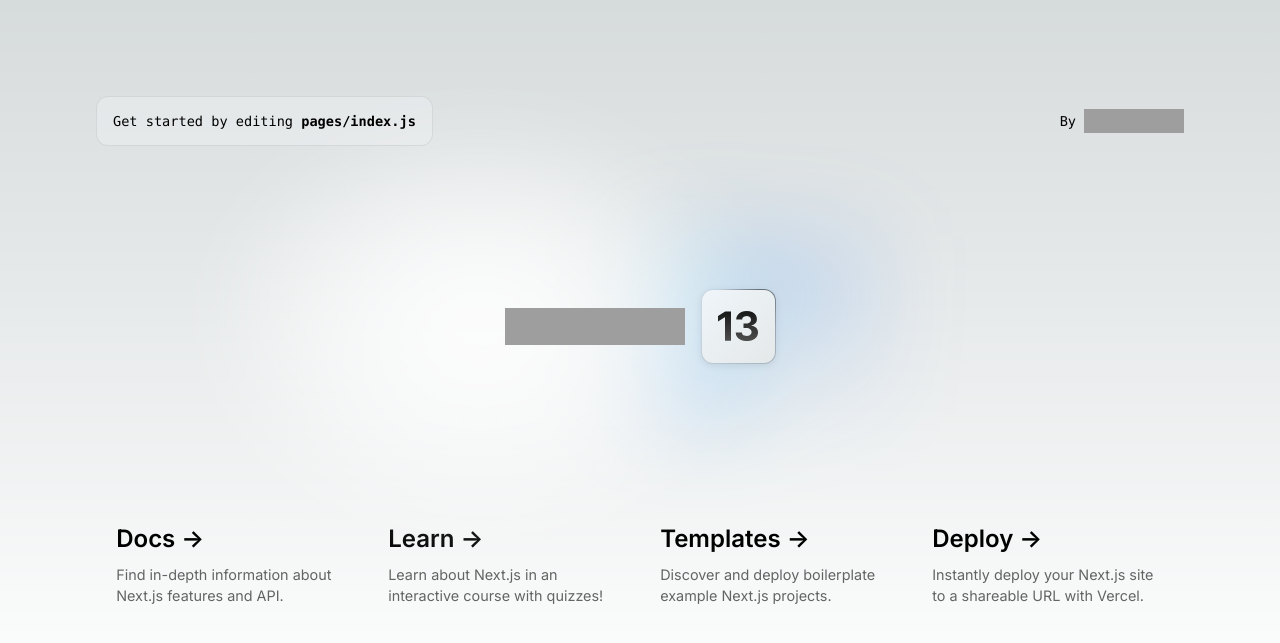
Repository: ajenstory/jencorbett.dev
Page: / (app in app/)
An editor plug-in stored every save of this project. The page is shown before and after the next save, followed by the edit.
The browser window is 1280 px wide. The pictures show the whole page.
Pictures or frames that could not be fetched are drawn as grey boxes. The project was rebuilt for these pictures with package versions that can differ from the ones it lists, and the page was loaded fresh each time. The framework's server and built-in components were replaced by stand-ins that run in the browser. Also part of the build but not shown: app/next.config.js.

Above is the page before, as saved 2023-03-18 17:54:23.

### app/pages/index.js
import Head from 'next/head'
import Image from 'next/image'
import { Inter } from '@next/font/google'
import styles from '../styles/Home.module.css'

const inter = Inter({ subsets: ['latin'] })

export default function Home() {
  return (
    <>
      <Head>
        <title>Create Next App</title>
        <meta name="description" content="Generated by create next app" />
        <meta name="viewport" content="width=device-width, initial-scale=1" />
        <link rel="icon" href="/favicon.ico" />
      </Head>
      <main className={styles.main}>
        <div className={styles.description}>
          <p>
            Get started by editing&nbsp;
            <code className={styles.code}>pages/index.js</code>
          </p>
          <div>
            <a
              href="https://vercel.com?utm_source=create-next-app&utm_medium=default-template&utm_campaign=create-next-app"
              target="_blank"
              rel="noopener noreferrer"
            >
              By{' '}
              <Image
                src="/vercel.svg"
                alt="Vercel Logo"
                className={styles.vercelLogo}
                width={100}
                height={24}
                priority
              />
            </a>
          </div>
        </div>

        <div className={styles.center}>
          <Image
            className={styles.logo}
            src="/next.svg"
            alt="Next.js Logo"
            width={180}
            height={37}
            priority
          />
          <div className={styles.thirteen}>
            <Image
              src="/thirteen.svg"
              alt="13"
              width={40}
              height={31}
              priority
            />
          </div>
        </div>

        <div className={styles.grid}>
          <a
            href="https://nextjs.org/docs?utm_source=create-next-app&utm_medium=default-template&utm_campaign=create-next-app"
            className={styles.card}
            target="_blank"
            rel="noopener noreferrer"
          >
            <h2 className={inter.className}>
              Docs <span>-&gt;</span>
            </h2>
            <p className={inter.className}>
              Find in-depth information about Next.js features and&nbsp;API.
            </p>
          </a>

          <a
            href="https://nextjs.org/learn?utm_source=create-next-app&utm_medium=default-template&utm_campaign=create-next-app"
            className={styles.card}
            target="_blank"
            rel="noopener noreferrer"
          >
            <h2 className={inter.className}>
              Learn <span>-&gt;</span>
            </h2>
            <p className={inter.className}>
              Learn about Next.js in an interactive course with&nbsp;quizzes!
            </p>
          </a>

          <a
            href="https://vercel.com/templates?framework=next.js&utm_source=create-next-app&utm_medium=default-template&utm_campaign=create-next-app"
            className={styles.card}
            target="_blank"
            rel="noopener noreferrer"
          >
            <h2 className={inter.className}>
              Templates <span>-&gt;</span>
            </h2>
            <p className={inter.className}>
              Discover and deploy boilerplate example Next.js&nbsp;projects.
            </p>
          </a>

          <a
            href=""
            className={styles.card}
            target="_blank"
            rel="noopener noreferrer"
          >
            <h2 className={inter.className}>
              Deploy <span>-&gt;</span>
            </h2>
            <p className={inter.className}>
              Instantly deploy your Next.js site to a shareable URL
              with&nbsp;Vercel.
            </p>
          </a>
        </div>
      </main>
    </>
  )
}

Loaded but not shown: app/pages/_app.js (common file); app/pages/_document.js (common file); app/styles/globals.css (common file); app/styles/Home.module.css (common file)

After the next save:
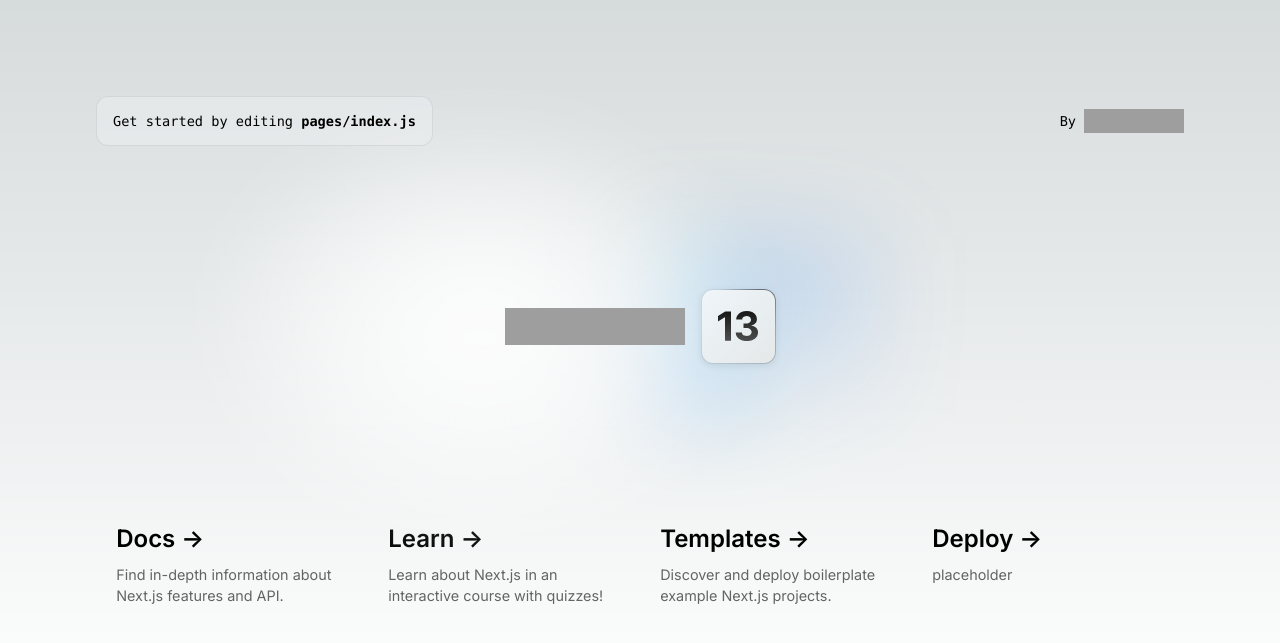
Saved 7 s later.
--- a/app/pages/index.js
+++ b/app/pages/index.js
@@ -112,8 +112,7 @@ export default function Home() {
               Deploy <span>-&gt;</span>
             </h2>
             <p className={inter.className}>
-              Instantly deploy your Next.js site to a shareable URL
-              with&nbsp;Vercel.
+             placeholder
             </p>
           </a>
         </div>
